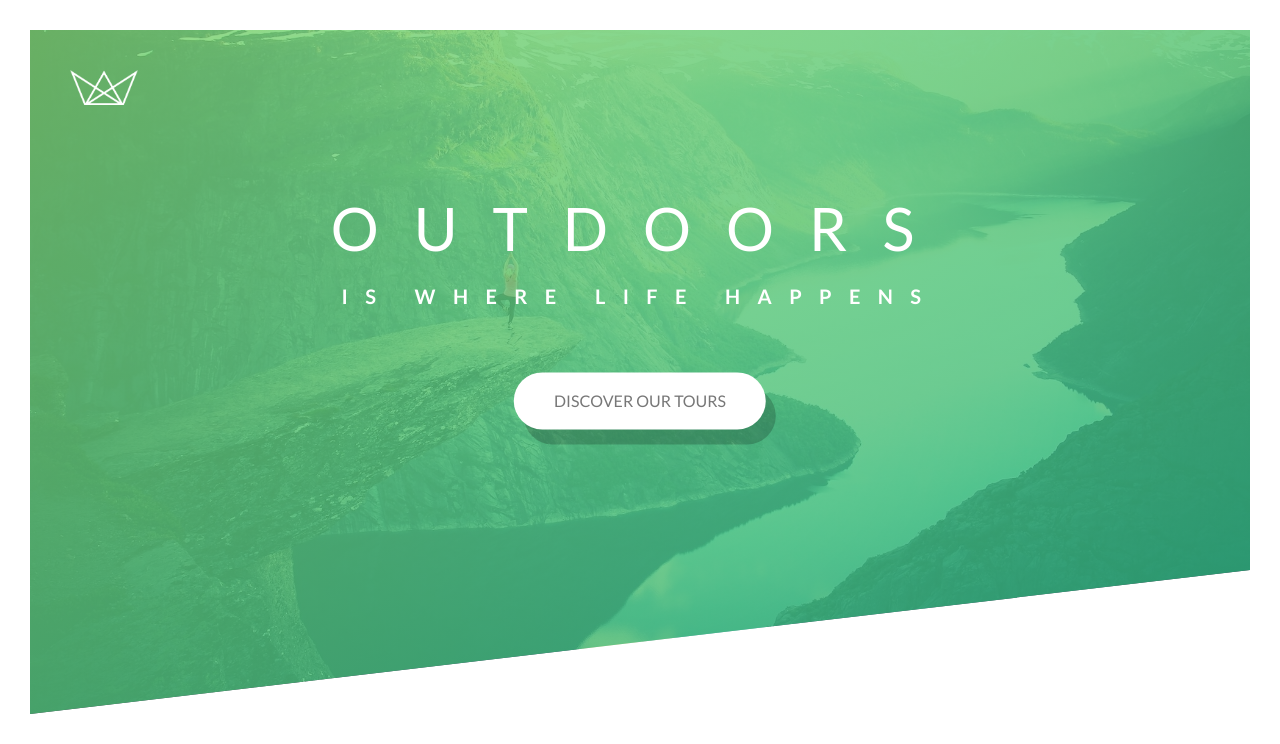
Repository: MalgorzataMazur/Natours
Page: index.html
The author's editor kept a copy of each file at every save. The page is drawn from the files as they stood at one save, then again after the next save.
The browser window is 1280 px wide. The pictures show the whole page.
The first visible `.btn` is being pressed.

Above is the page before, as saved 2020-01-13 00:34:04.

After the next save:
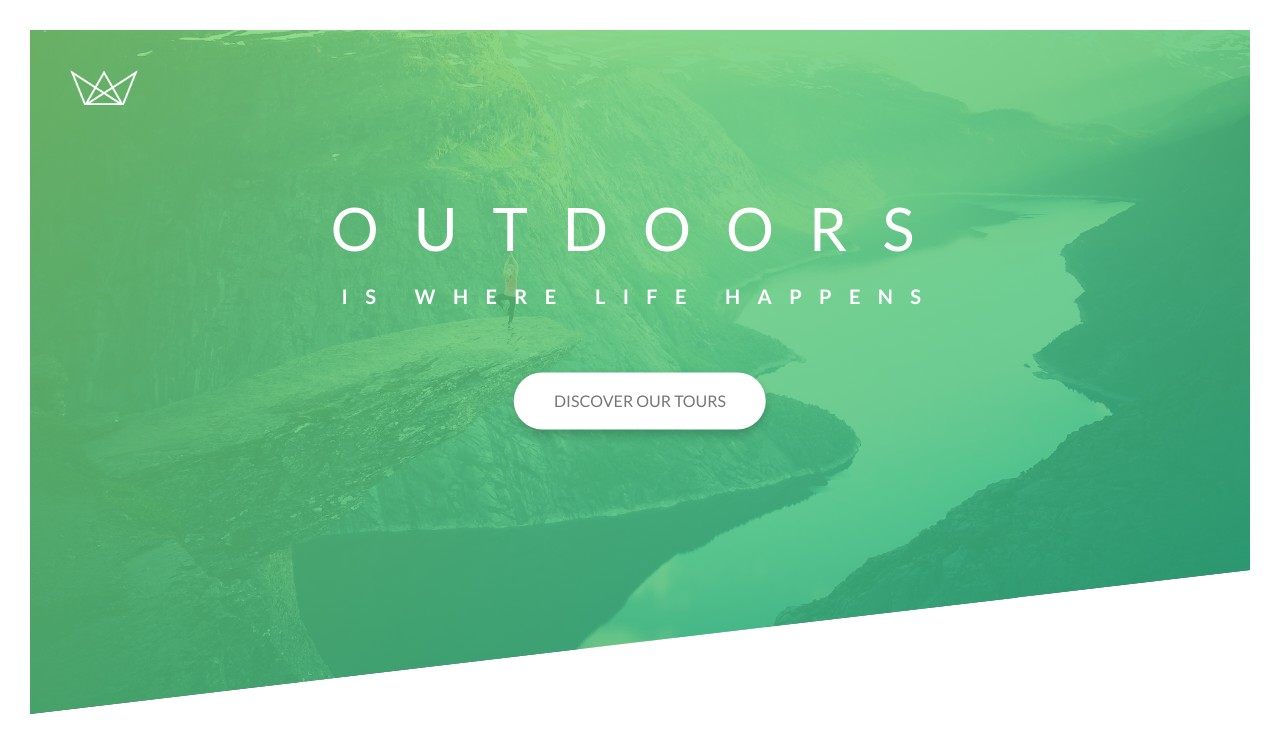
Saved 14 s later.
--- a/css/style.css
+++ b/css/style.css
@@ -139,7 +139,7 @@ body {
 
 .btn:active {
     transform: translateY(-1px);
-    box-shadow: 10px 15px 0px rgba(0, 0, 0,.2)
+    box-shadow: 0 5px 10px rgba(0, 0, 0,.2)
 }
 .btn-white {
     background-color: #fff;
